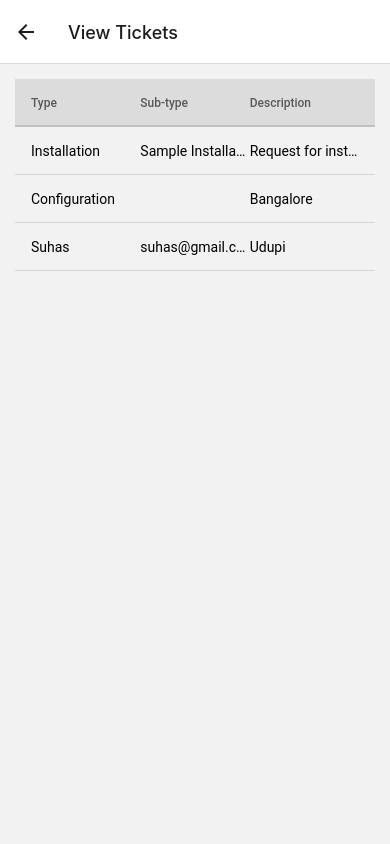
Repository: VishnuJG/Metro-Employee-App
Screen: /View Tickets
The author's editor kept a copy of each file at every save. The screen is drawn from the files as they stood at one save, then again after the next save.
The app was drawn by React Native's web renderer in a window 390 px wide. The project was rebuilt for these pictures with package versions that can differ from the ones it lists, and the page was loaded fresh each time. Also part of the build but not shown: components/Task.js, components/EmployeeForm.js.

Above is the screen before, as saved 2022-06-30 16:03:17.

After the next save:
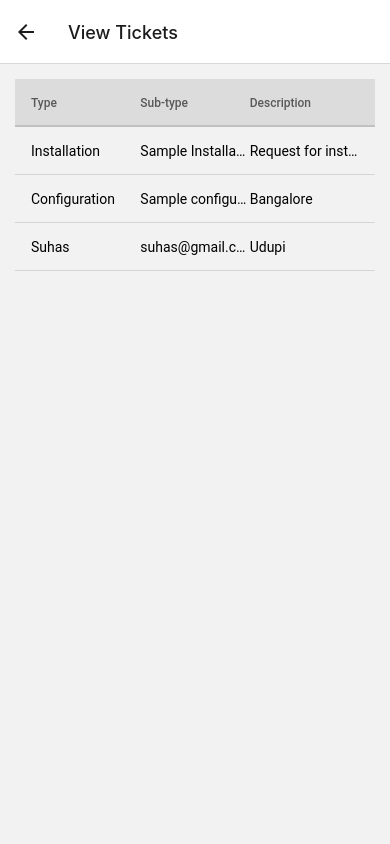
Saved 5 s later.
--- a/components/EmployeeTable.js
+++ b/components/EmployeeTable.js
@@ -10,7 +10,7 @@ const employees = [
     },
     {
         name:'Configuration',
-        email:'',
+        email:'Sample configuration',
         location:'Bangalore'
     },
     {
